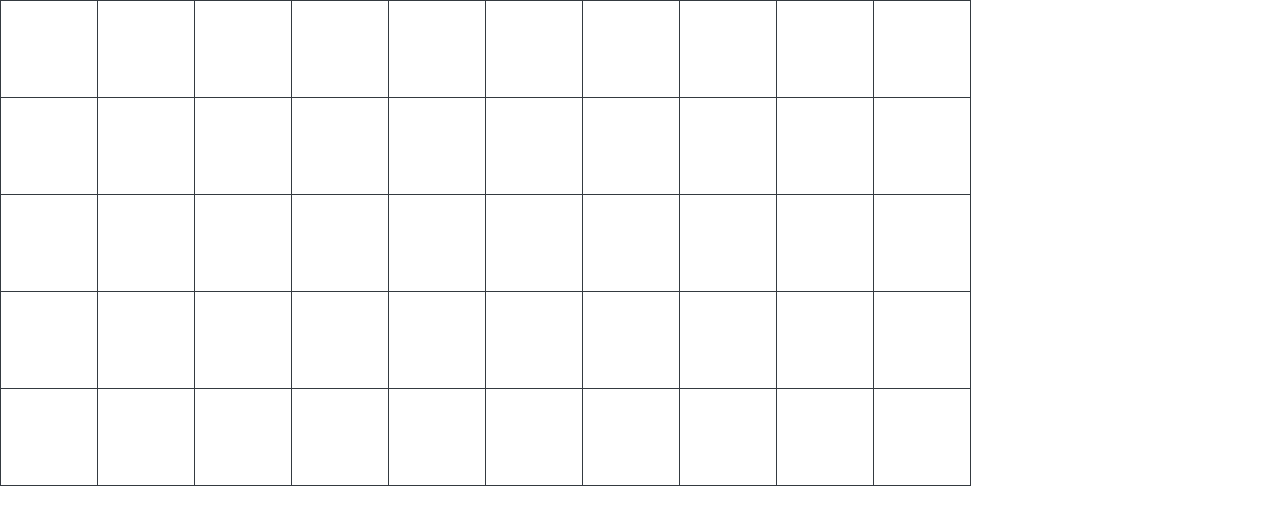
Repository: howardchengjui/Java
Page: http://localhost/Checkerboard/checkerboard.jsp
An editor plug-in stored every save of this project. The page is shown before and after the next save, followed by the edit.
The browser window is 1280 px wide. The pictures show the whole page.
The page is served by Tomcat 9.

Above is the page before, as saved 2019-08-09 02:50:45.

After the next save:
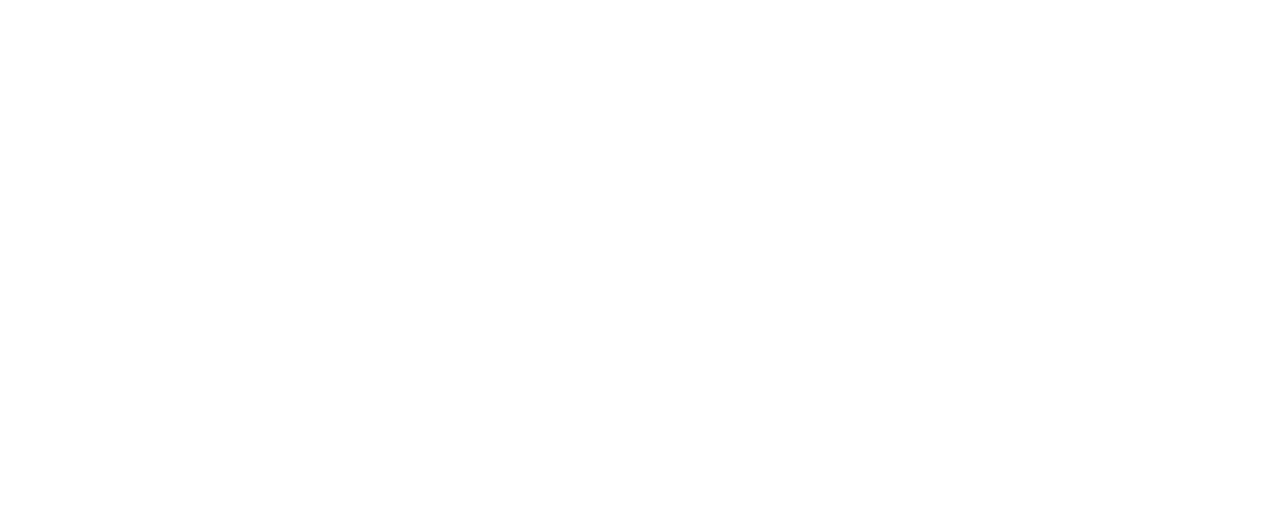
Saved 4 min 9 s later.
--- a/servlets/Checkerboard/WebContent/checkerboard.jsp
+++ b/servlets/Checkerboard/WebContent/checkerboard.jsp
@@ -5,6 +5,7 @@
 <head>
 <meta charset="UTF-8">
 <title>Checkerboard</title>
+<link rel="stylesheet" type="text/css" href="./style.css">
 <link rel="stylesheet" href="https://stackpath.bootstrapcdn.com/bootstrap/4.3.1/css/bootstrap.min.css" integrity="sha384-ggOyR0iXCbMQv3Xipma34MD+dH/1fQ784/j6cY/iJTQUOhcWr7x9JvoRxT2MZw1T" crossorigin="anonymous">
 </head>
 <body>
@@ -23,15 +24,15 @@
  <!------------------------------------------------------------------------
 CheckerBoard
 -------------------------------------------------------------------------->
-	<table>
+
 	<% for (int i=0; i<Integer.parseInt(row); i++){ %>
-		<tr>
+	<div class=color1 > </div>
 
 	<% for (int j=0; j<Integer.parseInt(col); j++){ %>
-	 <td class=" border border-dark pt-5 pl-5 pr-5 pb-5 color"> </td>
+
 	 <% } %>
-	</tr>
+	<div class = color2></div>
 	<% } %>
-	</table>
+
 </body>
 </html>

After the save that followed:
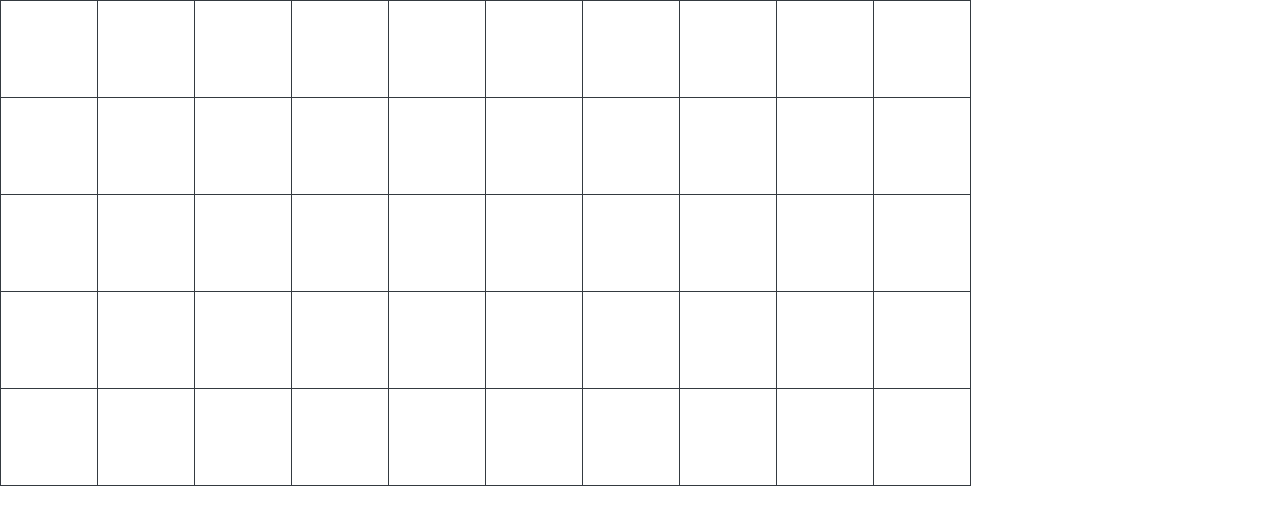
Saved 46 s later.
--- a/servlets/Checkerboard/WebContent/checkerboard.jsp
+++ b/servlets/Checkerboard/WebContent/checkerboard.jsp
@@ -24,15 +24,15 @@
  <!------------------------------------------------------------------------
 CheckerBoard
 -------------------------------------------------------------------------->
-
+	<table>
 	<% for (int i=0; i<Integer.parseInt(row); i++){ %>
-	<div class=color1 > </div>
+		<tr>
 
 	<% for (int j=0; j<Integer.parseInt(col); j++){ %>
-
+	 <td class=" border border-dark pt-5 pl-5 pr-5 pb-5 color"> </td>
 	 <% } %>
-	<div class = color2></div>
+	</tr>
 	<% } %>
-
+	</table>
 </body>
 </html>
